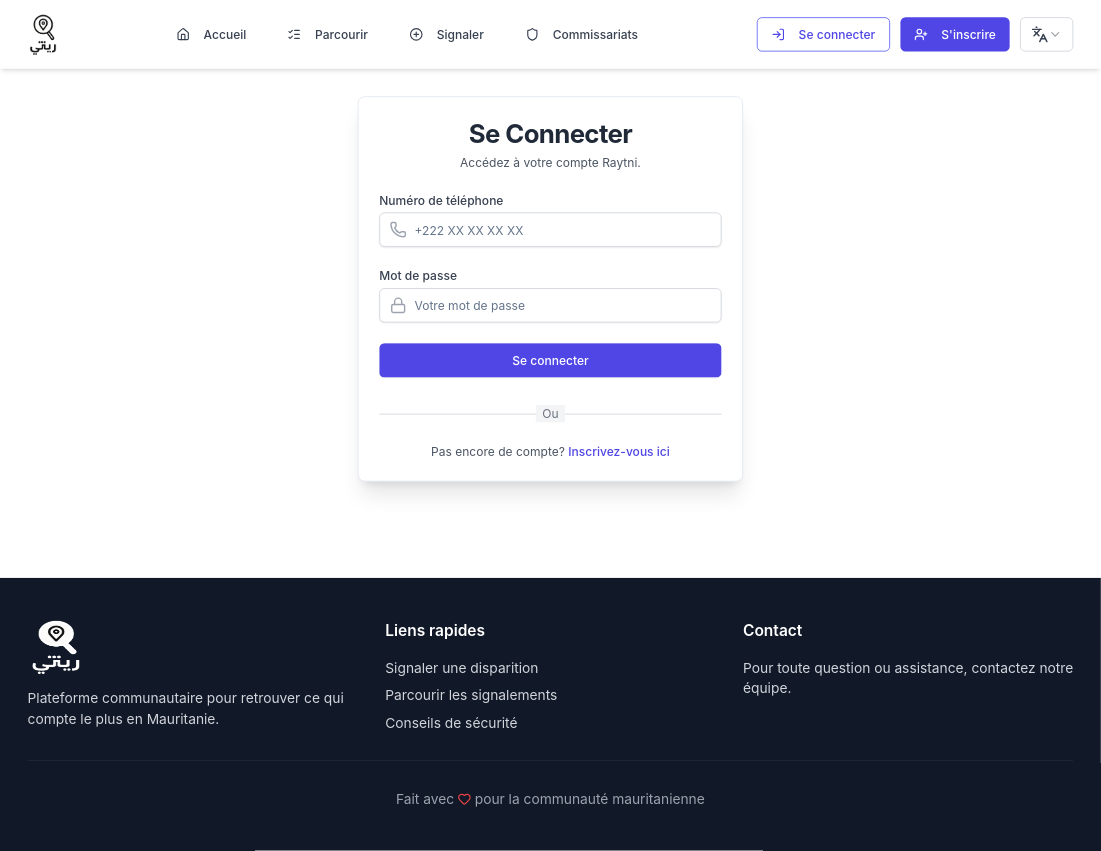
Repository: DahSidiAbdallah/Raytni
Page: /signin
The author's editor kept a copy of each file at every save. The page is drawn from the files as they stood at one save, then again after the next save.
The browser window is 1280 px wide. The pictures show the whole page, at 86% of full size.
The project was rebuilt for these pictures with package versions that can differ from the ones it lists, and the page was loaded fresh each time. Also part of the build but not shown: vite.config.ts, src/components/ui/tooltip.tsx, src/components/HeroSection.tsx, src/components/ui/textarea.tsx, src/components/CreatePostForm.tsx, src/components/LoadingSpinner.tsx, src/pages/Index.tsx, src/pages/NotFound.tsx and 8 more.

Above is the page before, as saved 2025-05-28 15:11:05.

After the next save:
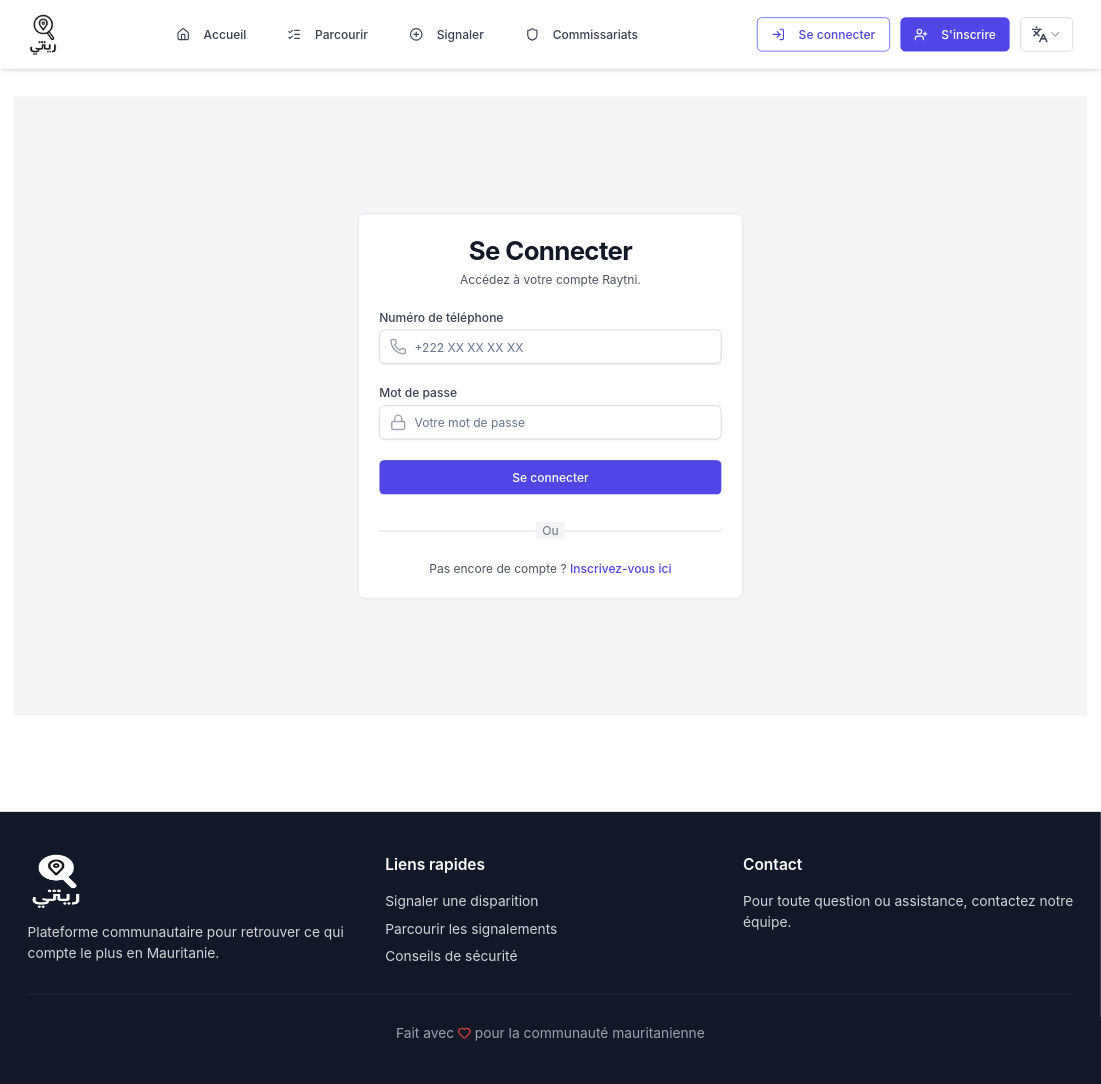
Saved 70 s later.
--- a/src/pages/SignInPage.tsx
+++ b/src/pages/SignInPage.tsx
@@ -4,11 +4,11 @@ import { Button } from "@/components/ui/button";
 import { Input } from "@/components/ui/input";
 import { Card, CardContent, CardHeader, CardTitle, CardDescription } from "@/components/ui/card";
 import { Phone, Lock } from 'lucide-react';
-// import { useAuth } from '@/contexts/AuthContext'; // Assuming you might have an AuthContext
+import { useLanguage } from '@/contexts/LanguageContext';
 
 const SignInPage = () => {
   const navigate = useNavigate();
-  // const { signIn } = useAuth(); // If using AuthContext
+  const { t } = useLanguage();
   const [formData, setFormData] = useState({
     phone: '',
     password: ''
@@ -30,7 +30,7 @@ const SignInPage = () => {
       alert('Sign-in successful (simulation)!');
       navigate('/'); // Redirect to home page or dashboard after successful sign-in
     } catch (err) {
-      setError('Failed to sign in. Please check your credentials.');
+      setError(t('page.signin.error'));
       console.error(err);
     } finally {
       setIsLoading(false);
@@ -38,19 +38,19 @@ const SignInPage = () => {
   };
 
   return (
-    <div className="max-w-md w-full mx-auto space-y-8">
-      <Card className="shadow-xl rounded-lg">
+    <div className="min-h-screen flex flex-col items-center justify-center bg-gray-100 py-12 px-4 sm:px-6 lg:px-8">
+      <Card className="w-full max-w-md">
         <CardHeader className="text-center">
-          <CardTitle className="text-3xl font-bold text-gray-800">Se Connecter</CardTitle>
-          <CardDescription className="mt-2 text-gray-600">
-            Accédez à votre compte Raytni.
+          <CardTitle className="text-3xl font-bold tracking-tight text-gray-900">{t('page.signin.title')}</CardTitle>
+          <CardDescription className="mt-2 text-sm text-gray-600">
+            {t('page.signin.description')}
           </CardDescription>
         </CardHeader>
         <CardContent>
           <form onSubmit={handleSubmit} className="space-y-6">
             <div>
               <label htmlFor="phone" className="block text-sm font-medium text-gray-700 mb-1">
-                Numéro de téléphone
+                {t('page.signin.phoneLabel')}
               </label>
               <div className="relative rounded-md shadow-sm">
                 <div className="absolute inset-y-0 left-0 pl-3 flex items-center pointer-events-none">
@@ -72,7 +72,7 @@ const SignInPage = () => {
 
             <div>
               <label htmlFor="password" className="block text-sm font-medium text-gray-700 mb-1">
-                Mot de passe
+                {t('page.signin.passwordLabel')}
               </label>
               <div className="relative rounded-md shadow-sm">
                 <div className="absolute inset-y-0 left-0 pl-3 flex items-center pointer-events-none">
@@ -85,7 +85,7 @@ const SignInPage = () => {
                   autoComplete="current-password"
                   required
                   className="appearance-none block w-full px-3 py-2 border border-gray-300 rounded-md shadow-sm placeholder-gray-400 focus:outline-none focus:ring-indigo-500 focus:border-indigo-500 sm:text-sm pl-10"
-                  placeholder="Votre mot de passe"
+                  placeholder={t('page.signin.passwordPlaceholder')}
                   value={formData.password}
                   onChange={handleChange}
                 />
@@ -102,7 +102,7 @@ const SignInPage = () => {
                 className="w-full flex justify-center py-2.5 px-4 border border-transparent rounded-md shadow-sm text-sm font-medium text-white bg-indigo-600 hover:bg-indigo-700 focus:outline-none focus:ring-2 focus:ring-offset-2 focus:ring-indigo-500"
                 disabled={isLoading}
               >
-                {isLoading ? 'Connexion...' : 'Se connecter'}
+                {isLoading ? t('page.signin.loadingButton') : t('page.signin.button')}
               </Button>
             </div>
           </form>
@@ -113,16 +113,16 @@ const SignInPage = () => {
               </div>
               <div className="relative flex justify-center text-sm">
                 <span className="px-2 bg-gray-100 text-gray-500">
-                  Ou
+                  {t('page.signin.orSeparator')}
                 </span>
               </div>
             </div>
 
             <div className="mt-6 text-center">
               <p className="text-sm text-gray-600">
-                Pas encore de compte? {' '}
+                {t('page.signin.noAccount')}{' '}
                 <Link to="/signup" className="font-medium text-indigo-600 hover:text-indigo-500">
-                  Inscrivez-vous ici
+                  {t('page.signin.signUpLink')}
                 </Link>
               </p>
             </div>
